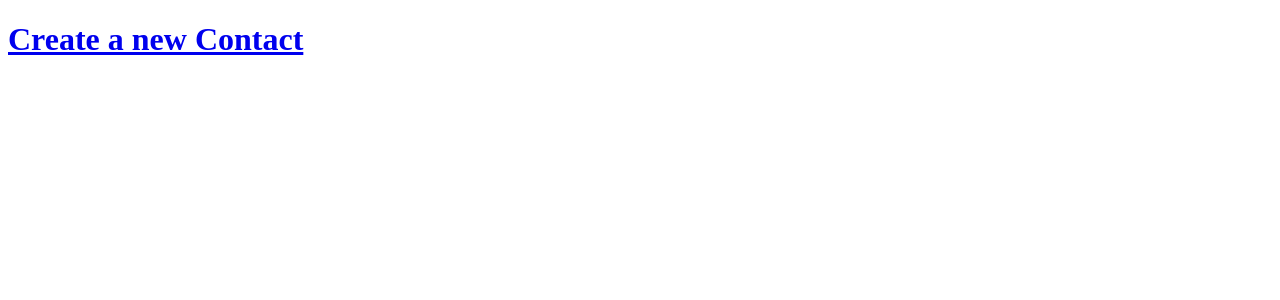
Repository: PaulGorlicki/FSR
Page: http://localhost/CarnetContacts/main.jsp
An editor plug-in stored every save of this project. The page is shown before and after the next save, followed by the edit.
The browser window is 1280 px wide. The pictures show the whole page.
The page is served by Tomcat 9. Other server files are loaded and not shown.

Above is the page before, as saved 2022-09-05 16:08:29.

### CarnetContacts/src/main/webapp/main.jsp
<%@ page language="java" contentType="text/html; charset=ISO-8859-1"
    pageEncoding="ISO-8859-1"%>
<!DOCTYPE html>
<html>
<head>
<meta charset="ISO-8859-1">
<title>Insert title here</title>
</head>
<body>
<a href="addcontact.jsp"><h1>Create a new Contact</h1></a>
</body>
</html>

After the next save:
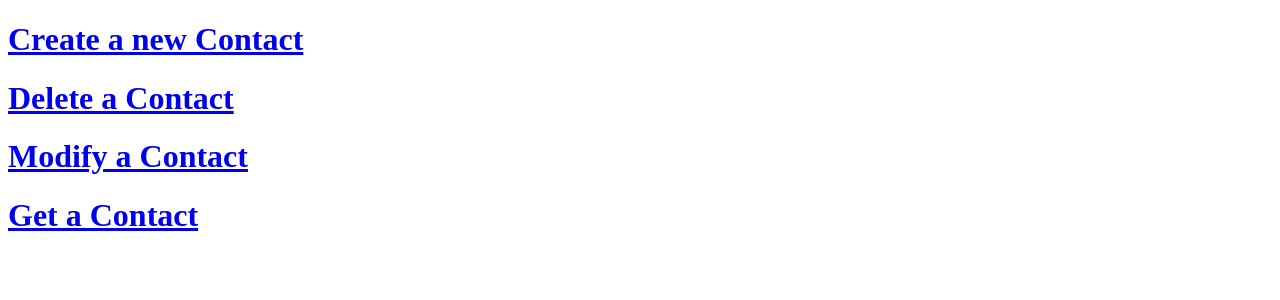
Saved 2 s later.
--- a/CarnetContacts/src/main/webapp/main.jsp
+++ b/CarnetContacts/src/main/webapp/main.jsp
@@ -8,5 +8,8 @@
 </head>
 <body>
 <a href="addcontact.jsp"><h1>Create a new Contact</h1></a>
+<a href="deletecontact.jsp"><h1>Delete a Contact</h1></a>
+<a href="modifycontact.jsp"><h1>Modify a Contact</h1></a>
+<a href="getcontact.jsp"><h1>Get a Contact</h1></a>
 </body>
 </html>
